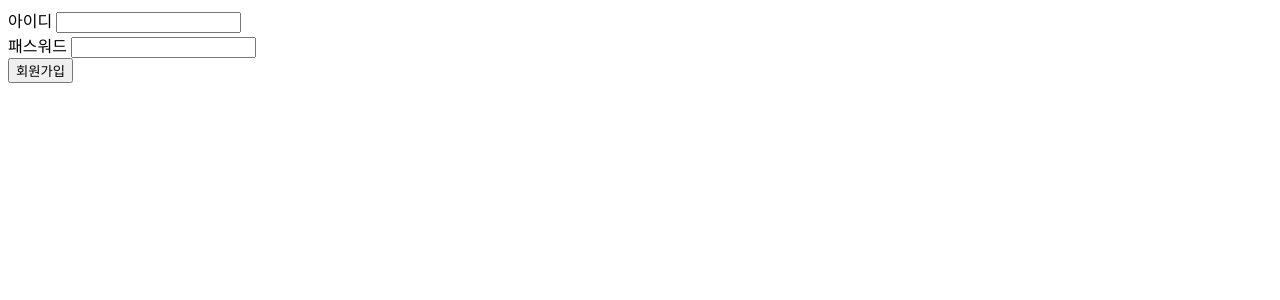
Repository: 2JISUN/hta-lecture-basic
Page: http://localhost/jsp03/insert.jsp
The author's editor kept a copy of each file at every save. The page is drawn from the files as they stood at one save, then again after the next save.
The browser window is 1280 px wide. The pictures show the whole page.
The page is served by Tomcat 10. Other server files are loaded and not shown.

Above is the page before, as saved 2023-09-15 02:56:45.

### jsp-lecture/jsp03/src/main/webapp/insert.jsp
<%@ page language="java" contentType="text/html; charset=UTF-8"
    pageEncoding="UTF-8"%>
<!DOCTYPE html>
<html>
<head>
<meta charset="UTF-8">
<title>Insert title here</title>
</head>
<body>
	<form action="insert-process.jsp" method="post">
		<div>
			<label>
				<span>아이디</span>
				<input type="text" name="userID">
			</label>

		</div>
		<div>
			<label>
				<span>패스워드</span>
				<input type="text" name="userPW">
			</label>
		</div>
		<button>회원가입</button>
	</form>
</body>
</html>

After the next save:
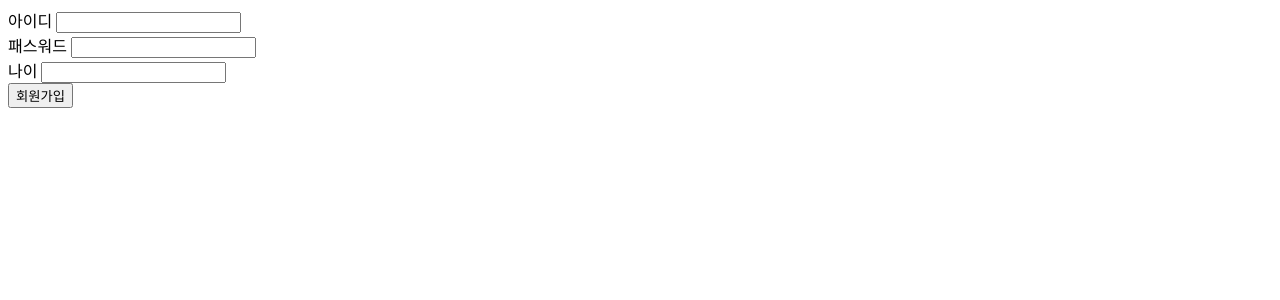
Saved 14 min 0 s later.
--- a/jsp-lecture/jsp03/src/main/webapp/insert.jsp
+++ b/jsp-lecture/jsp03/src/main/webapp/insert.jsp
@@ -1,27 +1,31 @@
-<%@ page language="java" contentType="text/html; charset=UTF-8"
-    pageEncoding="UTF-8"%>
+<%@ page language="java" contentType="text/html; charset=UTF-8" pageEncoding="UTF-8"%>
 <!DOCTYPE html>
 <html>
 <head>
-<meta charset="UTF-8">
-<title>Insert title here</title>
+    <meta charset="UTF-8">
+    <title>회원가입</title>
 </head>
 <body>
-	<form action="insert-process.jsp" method="post">
-		<div>
-			<label>
-				<span>아이디</span>
-				<input type="text" name="userID">
-			</label>
-
-		</div>
-		<div>
-			<label>
-				<span>패스워드</span>
-				<input type="text" name="userPW">
-			</label>
-		</div>
-		<button>회원가입</button>
-	</form>
+    <form action="insert-process.jsp" method="post">
+        <div>
+            <label>
+                <span>아이디</span>
+                <input type="text" name="userID">
+            </label>
+        </div>
+        <div>
+            <label>
+                <span>패스워드</span>
+                <input type="password" name="userPW">
+            </label>
+        </div>
+        <div>
+            <label>
+                <span>나이</span>
+                <input type="text" name="userAge">
+            </label>
+        </div>
+        <button type="submit">회원가입</button>
+    </form>
 </body>
 </html>
